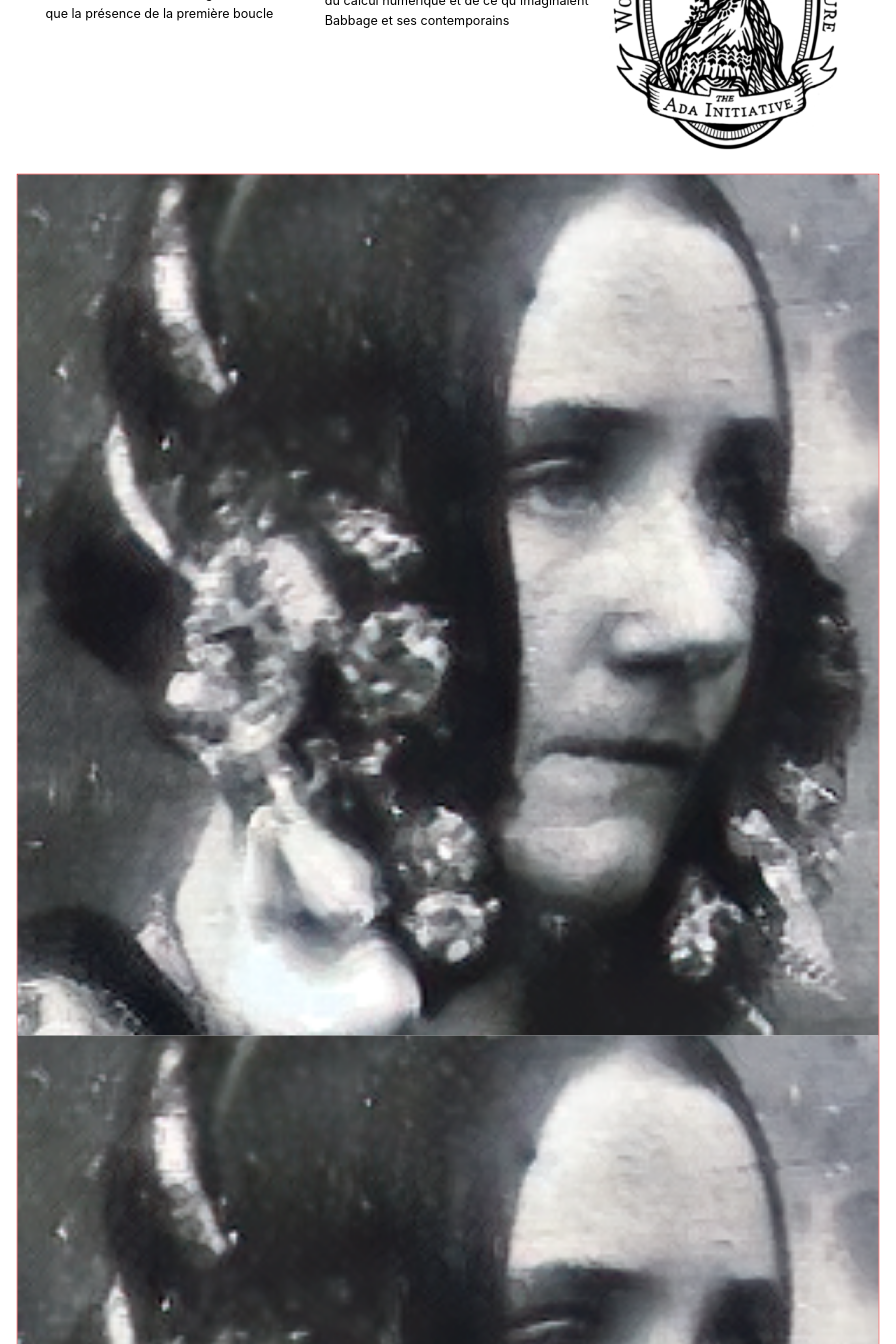
Repository: b3no1t/integration-training
Page: onepage-adalovelace/src/index.html
The author's editor kept a copy of each file at every save. The page is drawn from the files as they stood at one save, then again after the next save.
The browser window is 1280 px wide. The pictures show the part of the page from y = 435 to 2355 px (the page is 5748 px tall before and 1072 px after), at 70% of full size.

Above is the page before, as saved 2025-01-30 09:58:37.

### onepage-adalovelace/src/index.html
<!DOCTYPE html>
<html lang="en">
<head>
 <meta charset="UTF-8">
 <meta name="viewport" content="width=device-width, initial-scale=1.0">
 <link rel="preconnect" href="https://fonts.googleapis.com">
<link rel="preconnect" href="https://fonts.gstatic.com" crossorigin>
<link href="https://fonts.googleapis.com/css2?family=Open+Sans:ital,wght@0,300..800;1,300..800&display=swap" rel="stylesheet">
<link rel="stylesheet" href="./assets/css/style.css">
 <title>ADA LOVELACE</title>
</head>
<body>

<div class="wrapper">


<header>
 <div class="intro">

 <div>
  <h2>
   ADA LOVELACE TRIBUTE PAGE
   <span>
    Ada Lovelace, la première programmeuse de l'histoire
   </span>
  </h2>
 </div>

 <div>
  <p>
   Ada Lovelace, de son nom complet Augusta Ada King, comtesse de Lovelace, née Ada Byron le 10 décembre 1815 à Londres et morte le 27 novembre 1852 à Marylebone dans la même ville, est une pionnière de la science informatique.
  </p>
 </div>

 </div>
</header>

<main>
 <section class="description">
   <div class="description-content">
    <h2>Description</h2>
    <p>
      Elle est principalement connue pour avoir conçu et décrit le premier programme informatique publié, lors de son travail sur un ancêtre de l'ordinateur : la machine analytique de Charles Babbage. Le formalisme inédit de son algorithme, ainsi que la présence de la première boucle conditionnelle connue,
      font qu'Ada Lovelace est largement considérée comme la première développeuse informatique de l'histoire. Elle a également entrevu et décrit certaines possibilités offertes par les calculateurs universels, allant bien au-delà du calcul numérique et de ce qu'imaginaient Babbage et ses contemporains
    </p>
  </div>
  <img src="./assets/img/ada-illu.png" width="350" alt="illustration d'Ada Lovelace">
 </section>

 <section class="gallery">
  <!-- 4 imageshorizontale -->
  <img src="./assets/img/ada-photo.png" alt="photostration d'Ada Lovealace">
  <img src="./assets/img/ada-photo.png" alt="photostration d'Ada Lovealace">
  <img src="./assets/img/ada-photo.png" alt="photostration d'Ada Lovealace">
  <img src="./assets/img/ada-photo.png" alt="photostration d'Ada Lovealace">
 </section>
 <section>
  <!-- une image pleine largeur en fond avec du texte par dessus -->
 </section>

 <section>
  <h2></h2>
  <p></p>
 </section>
 <section>
  <h2></h2>
  <p></p>
 </section>
</main>
<footer>
 <img src="" alt="">
</footer>

</body>
</html>

### onepage-adalovelace/src/assets/css/style.css
/*
* ADA Lovelace Style one page tribute
*/

 @import url(_reset.css);
 @import url(_main.css);
 @import url(_section.css);

### onepage-adalovelace/src/assets/css/_main.css
/*
* ADA Style
*/
* {
  font-family: -apple-system,"Open Sans",  BlinkMacSystemFont,
    Roboto, Oxygen, Ubuntu, Cantarell,"Helvetica Neue", sans-serif;
}

.wrapper{
  width: 100%;
  max-width: 1300px;
  margin: 0 auto;
  padding-inline: 1em;
}

main > * + * {
  margin-top: 2em;
  border: 1px solid red;
}

.main-grid{
  width: 100%;
  display: grid;
  grid-template-columns: .5rem 1f .5rem;
  gap: 1em;
  @media (min-width: 640px) {
    max-width: 1300px;
    grid-template-columns: 1.5rem 1f 1.5rem;
  }
}

/* layout*/
.full-width {
  width: 100%;

  margin: 0;
  background-image: url(../../assets/img/ada-illu2.png);
  background-size: cover;
  display: flex;
  justify-content: flex-end;




/*content*/

.content {
  font-size: 26px;
  line-height: 42px;
  font-weight: 600;
}
h1 {
  font-size: 4rem;
  font-weight: 900;

h2 {
  font-size: 2rem;
  line-height: 23px;
}
p {
  font-size: 1.2rem;
}
/* SECTION DESCRIPTION */
.description{
  @media screen and (min-width: 640px) {
  margin-top: 2em;
  }
 & p{
  columns:320px 2;
  column-gap: 2rem;
  font-size: 1rem;
 }
}

.container-description{
 display: flex;
 justify-content: space-between;

 & p{
  flex-basis: 66%;
 }
 & img{}
}

### onepage-adalovelace/src/assets/css/_section.css
/*
* ADA Style: section
*/

section {
}

.intro {
  background-image: url(../img/bg-header.png);
  background-size: cover;
  display: flex;
  justify-content: space-between;
  gap: 1rem;
  padding: 1em;
  flex-direction: column;
  @media (min-width: 640px) {
    flex-direction: row;
  }

  & div {
    width: 100%;
    @media (min-width: 640px) {
      width: 50%;
    }
  }
  & p {
    font-size: 18px;
    line-height: 23px;
  }
  & h2 {
    font-size: 38px;
    display: block;
    font-weight: 900;
  }
  & span {
    display: block;
    font-size: 20px;
  }
}
/*
* DESCRIPTION  ----------------------
*/
.description {
  display: flex;
  flex-direction: column;
  justify-content: space-between;
  gap: 1em;

  @media (min-width: 640px) {
    flex-direction: row;
    margin-top: 2em;
    max-width: 1150px;
    margin-inline: auto;
   }
  & img {
    width: 50%;
    margin-inline: auto;
    @media (min-width: 640px) {
      width: 100%;
    }
  }
}

.description-content {
  columns: 300px 1;
  column-gap: 0.5em;
  & h2 {
    column-span: all;
    font-size: 38px;
    display: block;
    font-weight: 900;
  }
  & p {
    font-size: 18px;
    line-height: 28px;
  }
  @media (min-width: 640px) {
    columns: 300px 2;
    column-gap: 1em;
  }
}

.gallery {
  display: flex;
  flex-direction: column;
  flex-basis: 100%;
  flex: 1;
  & img {
    width: 50%;
    aspect-ratio: 1/1;
    object-fit: cover;
    @media (min-width: 640px) {
      width: 100%;
    }
  }
}

Loaded but not shown: onepage-adalovelace/src/assets/css/_reset.css (common file)

After the next save:
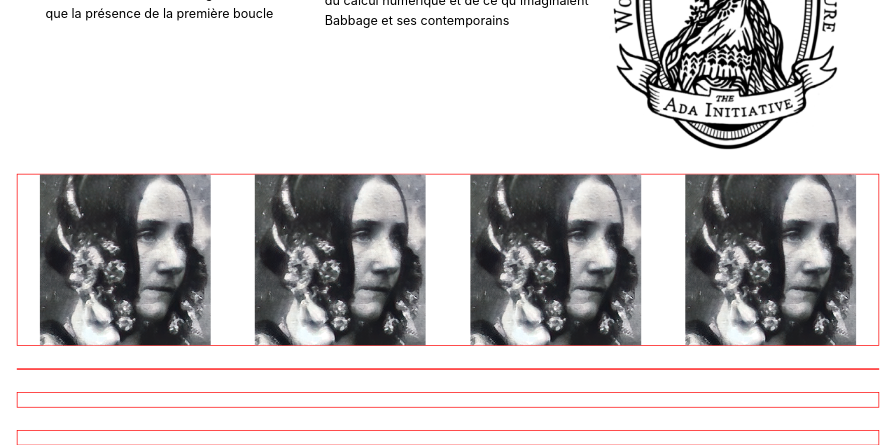
Saved 75 s later.
--- a/onepage-adalovelace/src/assets/css/_section.css
+++ b/onepage-adalovelace/src/assets/css/_section.css
@@ -82,15 +82,10 @@
 
 .gallery {
   display: flex;
-  flex-direction: column;
-  flex-basis: 100%;
-  flex: 1;
+  justify-content:space-around;
   & img {
-    width: 50%;
     aspect-ratio: 1/1;
     object-fit: cover;
-    @media (min-width: 640px) {
-      width: 100%;
-    }
+
   }
 }
